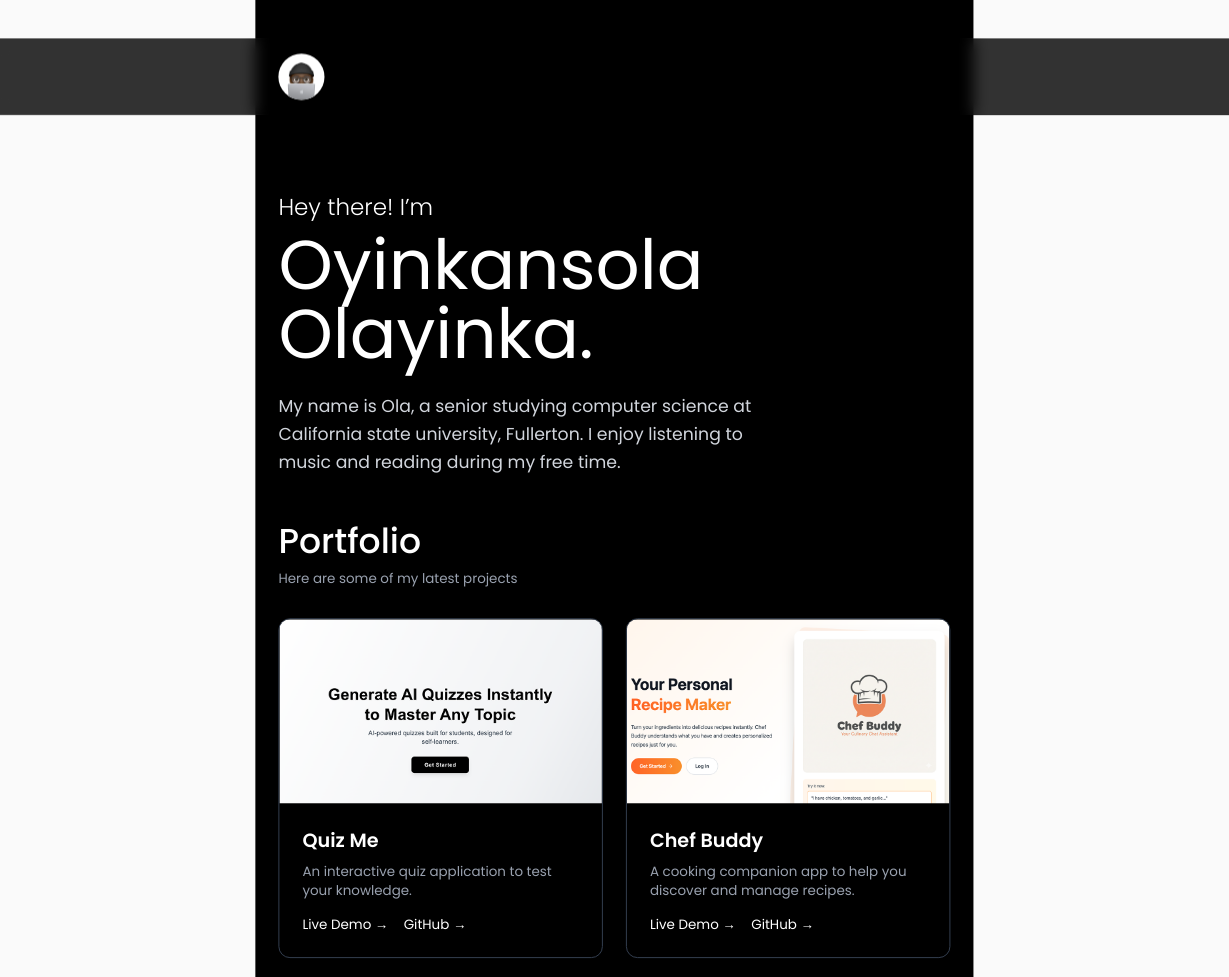
Repository: olasores/olasores-portfolio
Page: /
The author's editor kept a copy of each file at every save. The page is drawn from the files as they stood at one save, then again after the next save.
The browser window is 1280 px wide. The pictures show the whole page, at 96% of full size.
The project was rebuilt for these pictures with package versions that can differ from the ones it lists, and the page was loaded fresh each time. The framework's server and built-in components were replaced by stand-ins that run in the browser. Also part of the build but not shown: next.config.ts.

Above is the page before, as saved 2025-11-11 13:04:32.

After the next save:
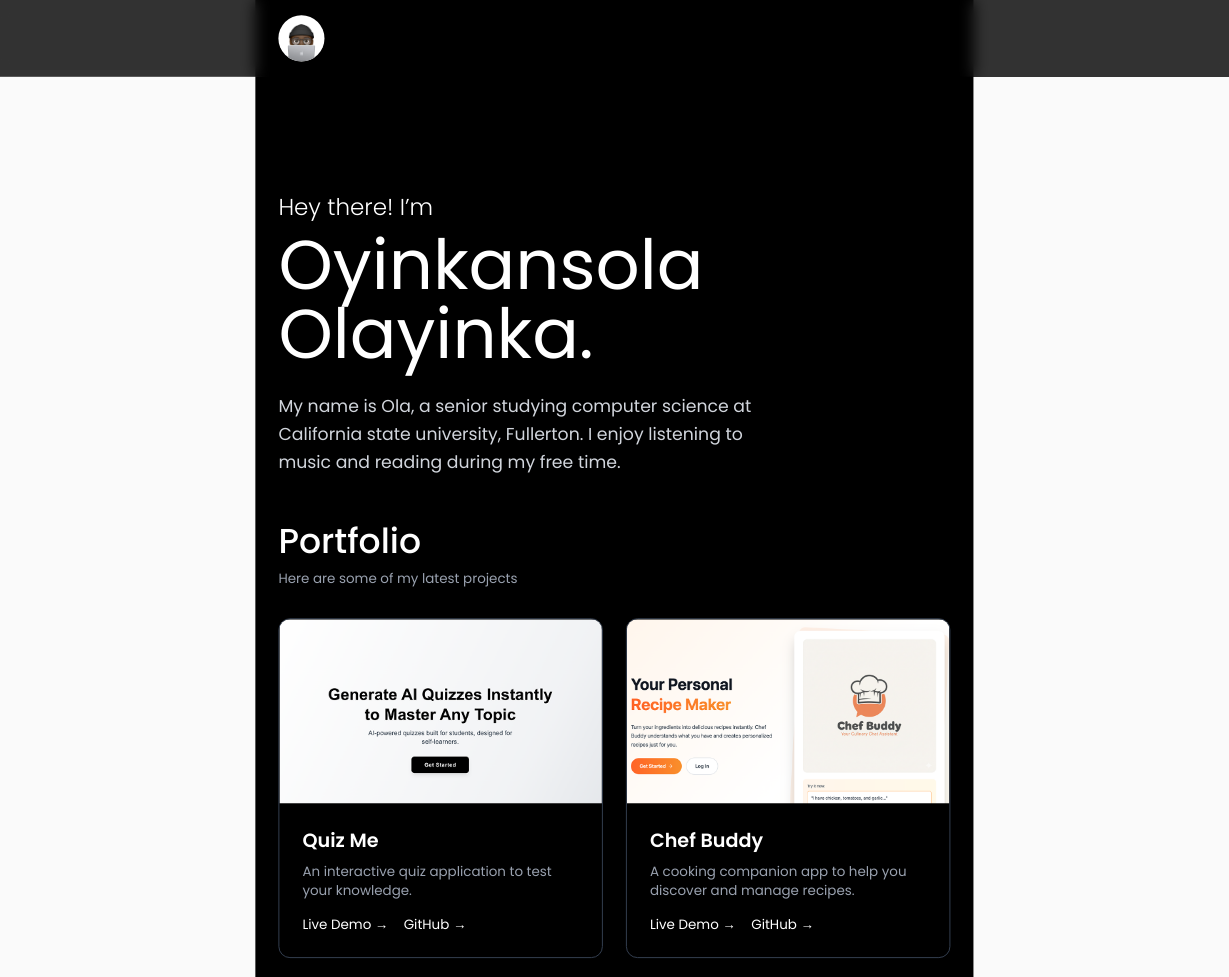
Saved 36 s later.
--- a/app/components/Navbar.tsx
+++ b/app/components/Navbar.tsx
@@ -1,6 +1,6 @@
 export default function Navbar() {
     return (
-        <nav className="fixed top-10 left-0 right-0 bg-black/80 backdrop-blur-sm px-6 py-4 z-50 flex justify-center">
+        <nav className="fixed top-0 left-0 right-0 bg-black/80 backdrop-blur-sm px-6 py-4 z-50 flex justify-center">
             <div className="max-w-[700px] w-full flex items-center justify-between">
                 {/* Logo */}
                 <div className="relative w-12 h-12 rounded-full bg-white overflow-hidden flex items-center justify-center">

After the save that followed:
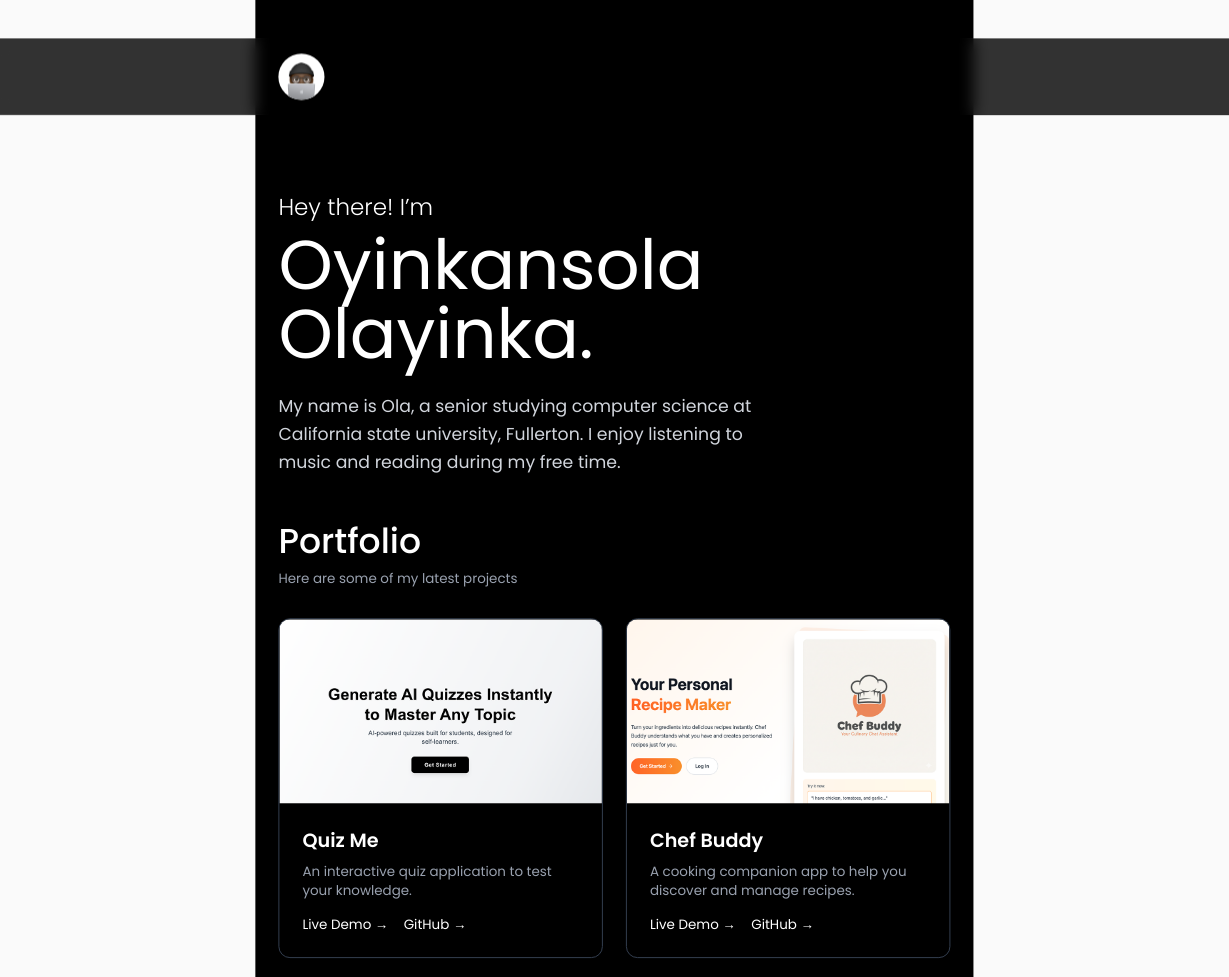
Saved 2 min 5 s later.
--- a/app/components/Navbar.tsx
+++ b/app/components/Navbar.tsx
@@ -1,6 +1,6 @@
 export default function Navbar() {
     return (
-        <nav className="fixed top-0 left-0 right-0 bg-black/80 backdrop-blur-sm px-6 py-4 z-50 flex justify-center">
+        <nav className="fixed top-10 left-0 right-0 bg-black/80 backdrop-blur-sm px-6 py-4 z-50 flex justify-center">
             <div className="max-w-[700px] w-full flex items-center justify-between">
                 {/* Logo */}
                 <div className="relative w-12 h-12 rounded-full bg-white overflow-hidden flex items-center justify-center">
